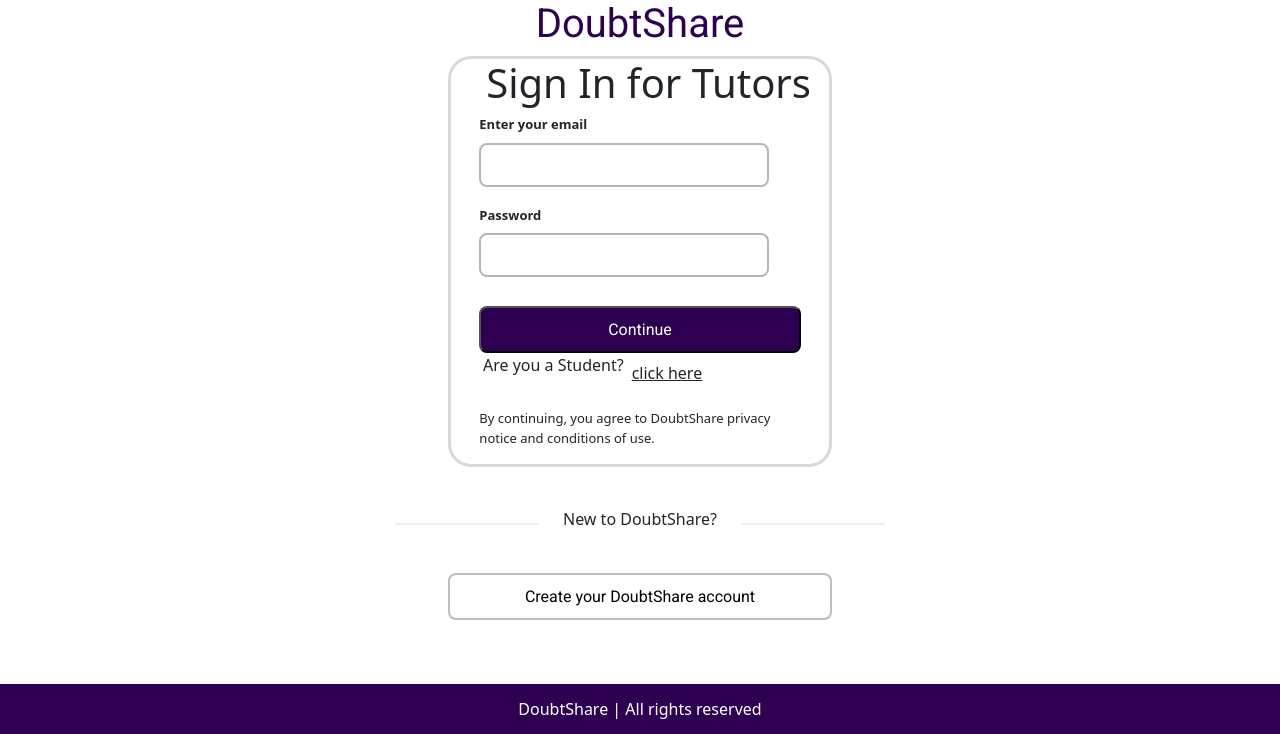
Repository: drumsmanku/doubtshare
Page: /login/tutor (app in frontend/)
These files come from the project's save history. The page is drawn as it stood at one moment and after the next save; the edit follows.
The browser window is 1280 px wide. The pictures show the whole page.
The project was rebuilt for these pictures with package versions that can differ from the ones it lists, and the page was loaded fresh each time. Also part of the build but not shown: frontend/src/App.css, frontend/src/Components/Register/Register.js, frontend/src/Components/Dashboard/Dashboard.js, frontend/src/Components/Login/Login.js, frontend/src/Components/RegisterTutor/RegisterTutor.js, frontend/src/Components/DashboardTutor/DashboardTutor.js.

Above is the page before, as saved 2023-12-30 16:48:51.

### frontend/src/App.js
import './App.css';
import { BrowserRouter as Router, Route, Routes} from 'react-router-dom';
import Register from './Components/Register/Register';
import Dashboard from './Components/Dashboard/Dashboard';
import Login from './Components/Login/Login';
import LoginTutor from './Components/LoginTutor/LoginTutor';
import RegisterTutor from './Components/RegisterTutor/RegisterTutor';
import DashboardTutor from './Components/DashboardTutor/DashboardTutor';

function App() {
  return (
    <div className="App">
      <Router>
        <Routes>
          <Route path='/' element={<Dashboard/>}/>
          <Route path='/tutor' element={<DashboardTutor/>}/>
          <Route path='/register/student' element={<Register/>}/>
          <Route path='/login/student' element={<Login/>}/>
          <Route path='/login/tutor' element={<LoginTutor/>}/>
          <Route path='/register/tutor' element={<RegisterTutor/>}/>
        </Routes>
      </Router>
    </div>
  );
}

export default App;

### frontend/src/Components/LoginTutor/LoginTutor.js
import React, { useState } from 'react';
import { useNavigate } from 'react-router-dom';
import axios from 'axios';
import styles from './LoginTutor.module.css';

const DivStyles={
  display: 'flex',
  flexDirection: 'column',
  marginBottom: '1.2rem',
  alignItems: 'flex-start',
  width: '85%',
}
const InputStyles={
  width: '90%',
  padding:'0.5rem 0.5rem 0.5rem 0.5rem',
  borderRadius: '8px',
  border:'2px solid #B6B6B6',
  marginTop: '0.5rem',
}

function LoginTutor() {
  const navigate = useNavigate();
  const [error, setError]=useState('');
  const [user, setUser] = useState({
    email: '',
    password: '',
  });

  const handleChange = e => {
    setUser({
      ...user,
      [e.target.name]: e.target.value
    });
  };
  const login = (event) => {
    event.preventDefault();
    axios.post('http://localhost:4000/login/tutor', user)
      .then(res => {
        localStorage.setItem('token', res.data.token);
        localStorage.setItem('user', res.data.name);
        const tokenData=localStorage.getItem('token')
        if(tokenData!=='undefined') {
          navigate('/tutor')
        }
        else{
         setError('Invalid credentials');
        }


      })
      .catch(err => console.log(err));
  };
  return (
    <div className={styles.container}>
      <div className={styles.heading}>
        <h1 style={{fontWeight:'500'}}>DoubtShare</h1>
      </div>
      <h1 className={styles.welcomeText} >Welcome</h1>
      <div className={styles.mainBody}>
        <form className={styles.form}>

          <div className={styles.inputContainer}>
            <h1 className={styles.signInText}>Sign In for Tutors </h1>


            <div style={DivStyles}>
              <label htmlFor="email" style={{fontWeight:600, fontSize:'small'}}>Enter your email </label>
              <input type="text" name="email" value={user.email} onChange={handleChange} style={InputStyles}/>
            </div>


            <div style={DivStyles}>
              <label htmlFor="password" style={{fontWeight:600, fontSize:'small'}}>Password</label>
              <input type="password" name="password" value={user.password} onChange={handleChange} style={InputStyles} />
            </div>
            <span style={{color:'red', fontSize:'small', marginBottom:'0.6rem'}}>
              {error}
            </span>

          </div>

          <div style={{width:'100%', display:'flex', justifyContent:'center'}}>
            <button className={styles.buttonStyles} type="submit" style={{ cursor:'pointer'}} onClick={login}>Continue</button>
          </div>

          <div style={{width:'100%', display:'flex', alignItems:'center', paddingLeft:'2rem'}}>
             <p>Are you a Student?</p>
             <u style={{ cursor:'pointer', marginLeft:'0.5rem'}} onClick={()=>{navigate('/login/student')}}>click here</u>
          </div>

          <div style={{width:'100%', display:'flex', justifyContent:'center', marginTop:'1rem'}}>
            <p style={{width:'85%', textAlign:'left',fontSize:'small',  marginTop:0}}>By continuing, you agree to DoubtShare privacy notice and conditions of use.
            </p>
          </div>

        </form>
        <div style={{display:'flex', marginTop:'2.5rem'}}>
          <hr className={styles.wideLine} />
          <span className={styles.newToMusic} >New to DoubtShare?</span>
          <hr className={styles.wideLine} />
        </div>

        <button className={styles.notLoggedInButton}  onClick={()=>{navigate('/register/tutor')}}>Create your DoubtShare account</button>
      </div>


      <footer style={{ backgroundColor:'#2E0052', width:'100%', padding:'0.8rem 0 0.8rem 0', color:'white', textAlign:'center'}}>
          DoubtShare | All rights reserved
      </footer>
    </div>
  )
}

export default LoginTutor

### frontend/src/Components/Register/Register.module.css
@import url('https://fonts.googleapis.com/css2?family=DM+Sans&family=Roboto&display=swap');

body{
  font-family: 'Roboto';
}

.container{
  height: 100vh;
  width: 100%;
  display: flex;
  flex-direction: column;

  align-items: center;
  justify-content: space-between;
}

.form{
  display: flex;
  flex-direction: column;
  border: 3px solid #D9D9D9;
  border-radius: 23.2px;
  width: 30%;

}
.inputContainer{
  display: flex;
  align-items: center;
  flex-direction: column;
}

.buttonStyles{
  width: 85%;
  background-color: #2E0052;
  border-radius: 8px;
  color: white;
  padding: 0.6rem 0 0.6rem 0;
  font-family: 'Roboto';
  font-weight: 500;
  font-size: medium;
}

.welcomeText{
  display: none;
}

.heading{
  display: flex;
  align-items: center;
  font-family: 'Roboto';
  color: #2E0052;
  font-weight: 500;
}
@media (max-width: 768px){
  .heading{
    background-color: #2E0052;
    width: 100%;
    height: 8%;
    display: flex;
    padding-left: 2rem;
    align-items: center;
    color: white;
    font-size: small;
    font-weight: 400;
  }
  .form{
    width: 80%;
  }
  .notLoggedInButton{
    width: 80%;
  }
  .wideLine{
    width: 5rem;
  }
  .newToMusic{
    margin:0 1.5rem 0 1rem;
  }
  hr {
    width: 4rem;
  }
  .welcomeText {
    display: block;
    font-weight: 500;
    width: 80%;
    text-align: start;
  }
  .inputContainer>h1{
    font-size: medium;
    font-weight: 500;
    padding-left: 1.5rem;
  }
  .alreadyCustomer{
    font-weight: 400;
    display: inline-block;
  }
  footer{
    margin-top: 1rem;
  }
}

### frontend/src/Components/Login/Login.module.css
@import url('https://fonts.googleapis.com/css2?family=DM+Sans&family=Roboto&display=swap');

body{
  font-family: 'Roboto';
}

.container{
  height: 100vh;
  width: 100%;
  display: flex;
  flex-direction: column;
  justify-content: space-between;
  align-items: center;
}

.form{
  display: flex;
  flex-direction: column;
  border: 3px solid #D9D9D9;
  border-radius: 23.2px;
  width: 30%;

}
.inputContainer{
  display: flex;
  align-items: center;
  flex-direction: column;
}

.buttonStyles{
  width: 85%;
  background-color: #2E0052;
  border-radius: 8px;
  color: white;
  padding: 0.6rem 0 0.6rem 0;
  font-family: 'Roboto';
  font-weight: 500;
  font-size: medium;
}
.notLoggedInButton{
  width: 30%;
  background:none;
  border: 2px solid #BDBDBD;
  border-radius: 8px;
  color: black;
  padding: 0.6rem 0 0.6rem 0;
  font-family: 'Roboto';
  font-weight: 500;
  font-size: medium;
  margin-top: 2rem;
  cursor: pointer;
}
.heading{
  display: flex;
  align-items: center;
  font-family: 'Roboto';
  color: #2E0052;
  font-weight: 500;
}
.newToMusic{
  margin:0 1.5rem 0 1.5rem;
}
.wideLine {
  height: 2px;
  width: 9rem;
  background-color: #BDBDBD;
  border: none;
}

.welcomeText{
  display: none;
}
.signInText{
  align-self: flex-start;
  padding-left: 2.2rem;
  font-weight: 500;
}
.alreadyCustomer{

  display: none;
}

.mainBody{
  width: 100%;
  display: flex;
  flex-direction: column;
  align-items: center;
  margin-bottom: 4rem;
}

@media (max-width: 768px){
  .heading{
    background-color: #2E0052;
    width: 100%;
    height: 8%;
    display: flex;
    padding-left: 2rem;
    align-items: center;
    color: white;
    font-size: small;
    font-weight: 400;
  }
  .form{
    width: 80%;
  }
  .notLoggedInButton{
    width: 80%;
  }
  .wideLine{
    width: 5rem;
  }
  .newToMusic{
    margin:0 1.5rem 0 1rem;
  }
  .wideLine{
    width: 4rem;
  }
  .welcomeText {
    display: block;
    font-weight: 500;
    width: 80%;
    text-align: start;
  }
  .inputContainer>h1{
    font-size: medium;
    font-weight: 500;
    padding-left: 1.5rem;
  }
  .alreadyCustomer{
    font-weight: 400;
    display: inline-block;
  }
}

### frontend/src/Components/LoginTutor/LoginTutor.module.css
@import url('https://fonts.googleapis.com/css2?family=DM+Sans&family=Roboto&display=swap');

body{
  font-family: 'Roboto';
}

.container{
  height: 100vh;
  width: 100%;
  display: flex;
  flex-direction: column;
  justify-content: space-between;
  align-items: center;
}

.form{
  display: flex;
  flex-direction: column;
  border: 3px solid #D9D9D9;
  border-radius: 23.2px;
  width: 30%;

}
.inputContainer{
  display: flex;
  align-items: center;
  flex-direction: column;
}

.buttonStyles{
  width: 85%;
  background-color: #2E0052;
  border-radius: 8px;
  color: white;
  padding: 0.6rem 0 0.6rem 0;
  font-family: 'Roboto';
  font-weight: 500;
  font-size: medium;
}
.notLoggedInButton{
  width: 30%;
  background:none;
  border: 2px solid #BDBDBD;
  border-radius: 8px;
  color: black;
  padding: 0.6rem 0 0.6rem 0;
  font-family: 'Roboto';
  font-weight: 500;
  font-size: medium;
  margin-top: 2rem;
  cursor: pointer;
}
.heading{
  display: flex;
  align-items: center;
  font-family: 'Roboto';
  color: #2E0052;
  font-weight: 500;
}
.newToMusic{
  margin:0 1.5rem 0 1.5rem;
}
.wideLine {
  height: 2px;
  width: 9rem;
  background-color: #BDBDBD;
  border: none;
}

.welcomeText{
  display: none;
}
.signInText{
  align-self: flex-start;
  padding-left: 2.2rem;
  font-weight: 500;
}
.alreadyCustomer{

  display: none;
}

.mainBody{
  width: 100%;
  display: flex;
  flex-direction: column;
  align-items: center;
  margin-bottom: 4rem;
}

@media (max-width: 768px){
  .heading{
    background-color: #2E0052;
    width: 100%;
    height: 8%;
    display: flex;
    padding-left: 2rem;
    align-items: center;
    color: white;
    font-size: small;
    font-weight: 400;
  }
  .form{
    width: 80%;
  }
  .notLoggedInButton{
    width: 80%;
  }
  .wideLine{
    width: 5rem;
  }
  .newToMusic{
    margin:0 1.5rem 0 1rem;
  }
  .wideLine{
    width: 4rem;
  }
  .welcomeText {
    display: block;
    font-weight: 500;
    width: 80%;
    text-align: start;
  }
  .inputContainer>h1{
    font-size: medium;
    font-weight: 500;
    padding-left: 1.5rem;
  }
  .alreadyCustomer{
    font-weight: 400;
    display: inline-block;
  }
}

### frontend/src/Components/RegisterTutor/RegisterTutor.module.css
@import url('https://fonts.googleapis.com/css2?family=DM+Sans&family=Roboto&display=swap');

body{
  font-family: 'Roboto';
}

.container{
  height: 100vh;
  width: 100%;
  display: flex;
  flex-direction: column;

  align-items: center;
  justify-content: space-between;
}

.form{
  display: flex;
  flex-direction: column;
  border: 3px solid #D9D9D9;
  border-radius: 23.2px;
  width: 30%;

}
.inputContainer{
  display: flex;
  align-items: center;
  flex-direction: column;
}

.buttonStyles{
  width: 85%;
  background-color: #2E0052;
  border-radius: 8px;
  color: white;
  padding: 0.6rem 0 0.6rem 0;
  font-family: 'Roboto';
  font-weight: 500;
  font-size: medium;
}

.welcomeText{
  display: none;
}

.heading{
  display: flex;
  align-items: center;
  font-family: 'Roboto';
  color: #2E0052;
  font-weight: 500;
}
@media (max-width: 768px){
  .heading{
    background-color: #2E0052;
    width: 100%;
    height: 8%;
    display: flex;
    padding-left: 2rem;
    align-items: center;
    color: white;
    font-size: small;
    font-weight: 400;
  }
  .form{
    width: 80%;
  }
  .notLoggedInButton{
    width: 80%;
  }
  .wideLine{
    width: 5rem;
  }
  .newToMusic{
    margin:0 1.5rem 0 1rem;
  }
  hr {
    width: 4rem;
  }
  .welcomeText {
    display: block;
    font-weight: 500;
    width: 80%;
    text-align: start;
  }
  .inputContainer>h1{
    font-size: medium;
    font-weight: 500;
    padding-left: 1.5rem;
  }
  .alreadyCustomer{
    font-weight: 400;
    display: inline-block;
  }
  footer{
    margin-top: 1rem;
  }
}

Loaded but not shown: frontend/public/index.html (common file); frontend/src/index.js (common file); frontend/src/index.css (common file)

After the next save:
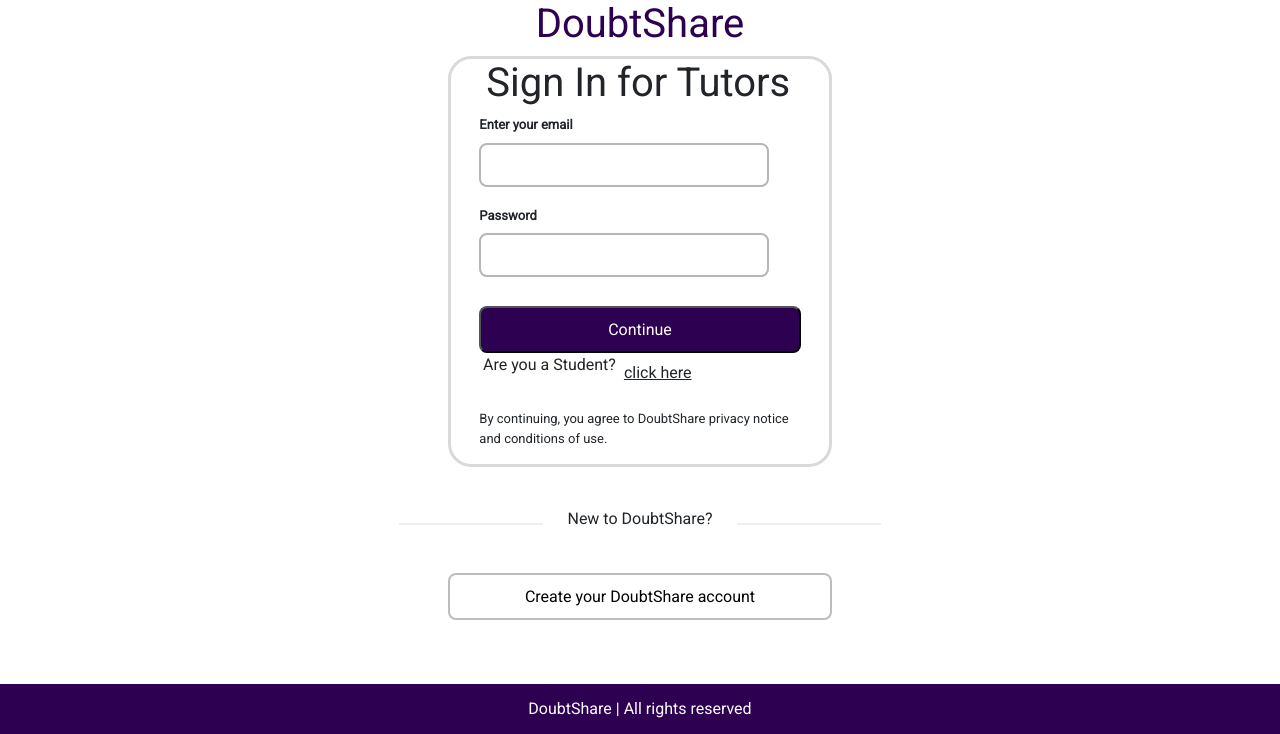
Saved 23 s later.
--- a/frontend/src/App.js
+++ b/frontend/src/App.js
@@ -1,5 +1,6 @@
 import './App.css';
 import { BrowserRouter as Router, Route, Routes} from 'react-router-dom';
+import 'bootstrap/dist/css/bootstrap.min.css';
 import Register from './Components/Register/Register';
 import Dashboard from './Components/Dashboard/Dashboard';
 import Login from './Components/Login/Login';
